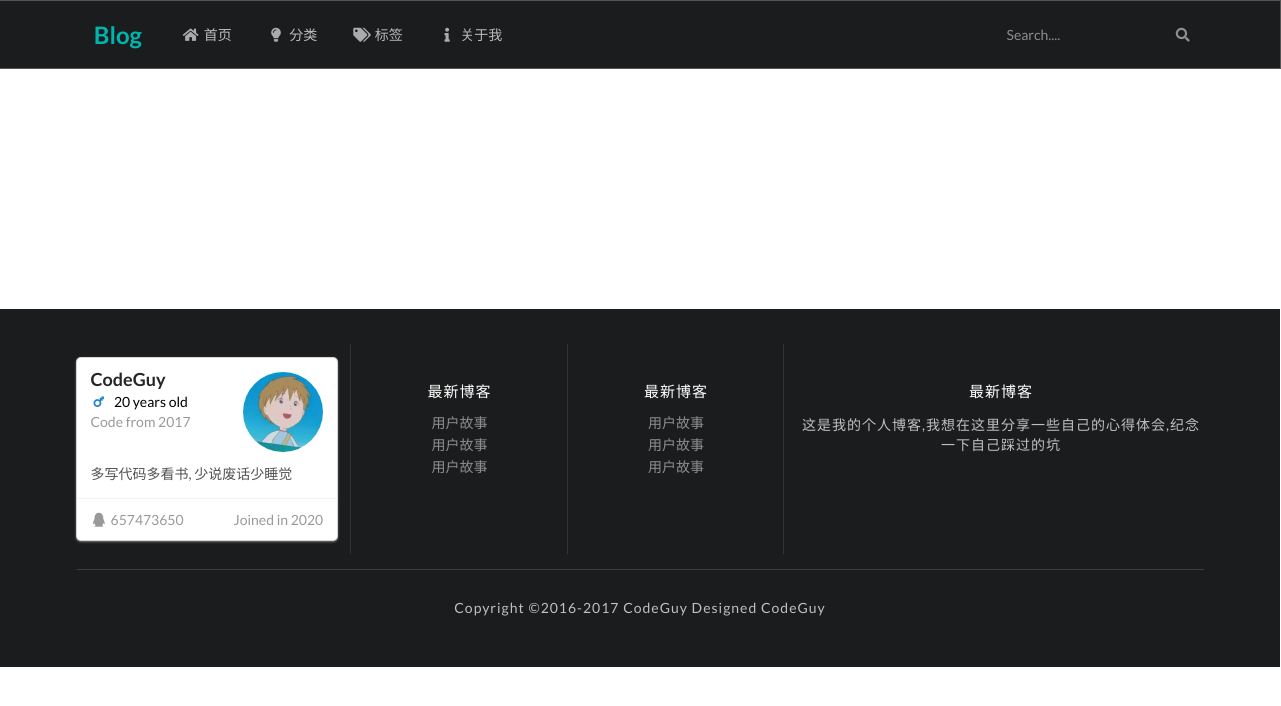
Repository: GOGOHQ/myblog
Page: index.html
These files come from the project's save history. The page is drawn as it stood at one moment and after the next save; the edit follows.
The browser window is 1280 px wide. The page is 1281 px wide, so the pictures cover 1281 px, including what lies to the right of the window. The pictures show the whole page.
Some web libraries are served in a nearby version.

Above is the page before, as saved 2020-01-16 16:10:40.

### index.html
<!DOCTYPE html>
<html lang="en">

<head>
    <meta charset="UTF-8">
    <meta name="viewport" content="width=device-width, inital-scale=1.0">
    <title>首页</title>
    <link rel="stylesheet" href="static/css/me.css">
    <link rel="stylesheet" href="https://cdn.jsdelivr.net/semantic-ui/2.2.4/semantic.min.css">
    <script src="https://cdn.jsdelivr.net/npm/jquery@3.2/dist/jqurey.min.js"></script>
    <script src="https://cdn.jsdelivr.net/semantic-ui/2.2.4/semantic.min.js"></script>
</head>

<body>
<!-- 导航 -->
<nav class="ui inverted  attached  segment m-padded-tb-mini">
    <div class="ui container">
        <div class="ui secondary inverted menu">
            <h2 class="ui teal header item">Blog</h2>
            <a href="#" class="item"><i class="home icon"></i>首页</a>
            <a href="#" class="item"><i class="idea icon"></i>分类</a>
            <a href="#" class="item"><i class="tags icon"></i>标签</a>
            <a href="#" class="item"><i class="info icon"></i>关于我</a>
            <div class="right item">
                <div class="ui icon  inverted transparent input">
                    <input type="text" placeholder="Search....">
                    <i class="search link icon"></i>
                </div>
            </div>
        </div>
    </div>
</nav>
<!-- 内容 -->
<div>
    <br> <br> <br> <br> <br> <br> <br> <br> <br> <br> <br> <br>
</div>
<!-- 底部 -->
<footer class="ui inverted vertical segment m-padded-tb-massive">
    <div class="ui center aligned container">
        <div class="ui inverted divided grid">
            <div class="four wide column left aligned ">
                <div class="ui card">
                    <div class="content">
                        <img class="right circular floated tiny ui image" src="static/images/avatar.jpg">
                        <div class="header">
                            CodeGuy
                        </div>
                        <div class="meta">
                            <i class="icon blue mars stroke"></i>
                            <text style="color:black;">20 years old</text>
                        </div>
                        <div class="meta">
                            Code from 2017
                        </div>
                        <div class="description">
                            多写代码多看书, 少说废话少睡觉
                        </div>
                    </div>
                    <div class="extra content">
                        <a>
                            <i class="qq icon"></i>657473650
                        </a>
                        <span class="right floated">
                                    Joined in 2020
                                  </span>
                    </div>
                </div>
            </div>
            <div class="center aligned three wide column m-padded-t-middle">
                <h4 class="ui inverted header m-text-thin m-text-spaced">最新博客</h4>
                <div class="ui inverted link list">
                    <a href="#" class="item">用户故事</a>
                    <a href="#" class="item">用户故事</a>
                    <a href="#" class="item">用户故事</a>
                </div>
            </div>
            <div class="center aligned three wide column m-padded-t-middle">
                <h4 class="ui inverted header m-text-thin m-text-spaced">最新博客</h4>
                <div class="ui inverted link list">
                    <a href="#" class="item">用户故事</a>
                    <a href="#" class="item">用户故事</a>
                    <a href="#" class="item">用户故事</a>
                </div>
            </div>
            <div class="six wide column m-padded-t-middle">
                <h4 class="ui inverted header m-text-thin m-text-spaced">最新博客</h4>
                <p class="m-text-thin m-text-spaced m-text-mini-opacity">这是我的个人博客,我想在这里分享一些自己的心得体会,纪念一下自己踩过的坑</p>
            </div>
        </div>
        <div class="ui inverted section divider"></div>
        <p class="m-text-thin m-text-spaced m-text-mini-opacity">Copyright ©2016-2017 CodeGuy Designed CodeGuy</p>
    </div>
</footer>
</body>


</html>

### static/css/me.css
.m-padded-tb-mini {
    padding-top: 0.2em !important;
    padding-bottom: 0.2em !important;
}

.m-padded-t-middle {
    padding-top: 40px !important
}

.m-padded-tb-massive {
    padding-top: 3.5em !important;
    padding-bottom: 3.5em !important;
}


/* text */

.m-text-thin {
    font-weight: 400 !important
}

.m-text-spaced {
    letter-spacing: 1px !important
}

.m-text-lined {
    line-height: 1.8 !important
}

.m-text-mini-opacity {
    opacity: 0.8 !important
}

After the next save:
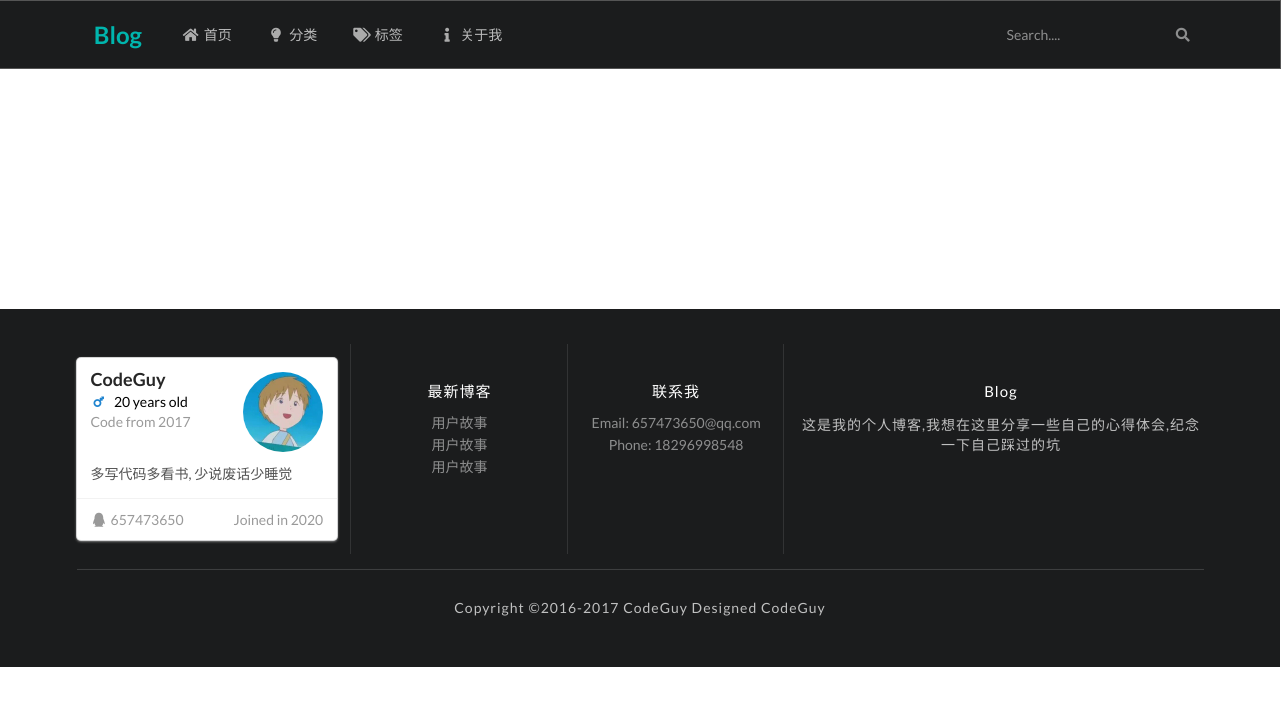
Saved 97 s later.
--- a/index.html
+++ b/index.html
@@ -75,15 +75,15 @@
                 </div>
             </div>
             <div class="center aligned three wide column m-padded-t-middle">
-                <h4 class="ui inverted header m-text-thin m-text-spaced">最新博客</h4>
+                <h4 class="ui inverted header m-text-thin m-text-spaced">联系我</h4>
                 <div class="ui inverted link list">
-                    <a href="#" class="item">用户故事</a>
-                    <a href="#" class="item">用户故事</a>
-                    <a href="#" class="item">用户故事</a>
+                    <a href="#" class="item">Email: 657473650@qq.com</a>
+                    <a href="#" class="item">Phone: 18296998548</a>
+
                 </div>
             </div>
             <div class="six wide column m-padded-t-middle">
-                <h4 class="ui inverted header m-text-thin m-text-spaced">最新博客</h4>
+                <h4 class="ui inverted header m-text-thin m-text-spaced">Blog</h4>
                 <p class="m-text-thin m-text-spaced m-text-mini-opacity">这是我的个人博客,我想在这里分享一些自己的心得体会,纪念一下自己踩过的坑</p>
             </div>
         </div>
